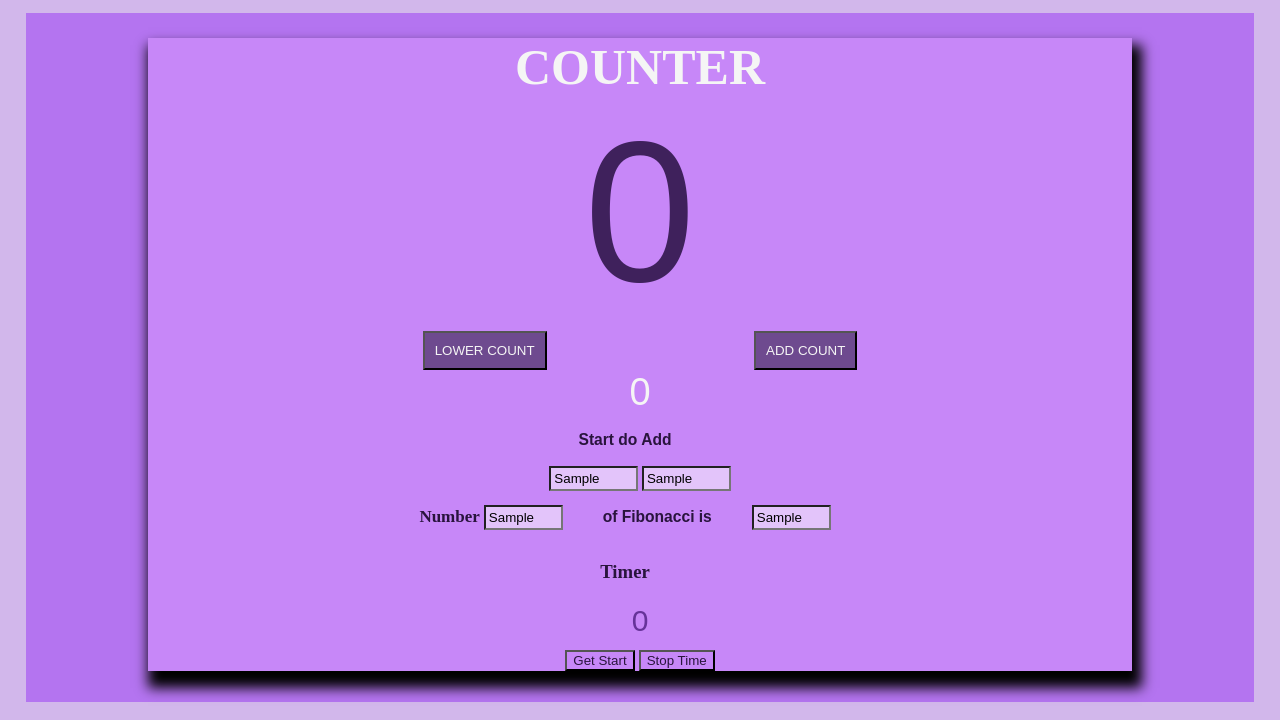
Repository: AnahitKhechumyan/Counter
Page: index.html
The author's editor kept a copy of each file at every save. The page is drawn from the files as they stood at one save, then again after the next save.
The browser window is 1280 px wide. The pictures show the whole page.
Empty fields were first filled with sample values (such as "Sample", 5 or name@example.com).
After loading, the first visible `button.increment` was clicked once.

Above is the page before, as saved 2022-02-19 02:47:24.
Console error: TypeError: this.increment is not a function

### index.html
<!DOCTYPE html>
<html lang="en">
<head>
    <meta charset="UTF-8">
    <meta http-equiv="X-UA-Compatible" content="IE=edge">
    <meta name="viewport" content="width=device-width, initial-scale=1.0">
    <link rel="stylesheet" href="style.css">
    <title>Counter</title>
</head>
<body>
    <div class="container">
       <div class="main">
            <div class="header">COUNTER</div>
            <button class= "counter">0</button>
            <div class = "change">
                 <button class ="decrement" type="button">LOWER COUNT</button>
                 <button class ="increment" type="button">ADD COUNT</button>
            </div>
            <button class= "sum">0</button> <br>
            <button class= "add" type="button"><h3>Start do Add</h3></button>
            <div >
                <input class ="firstInput" type="text" />
                <input class ="secondInput" type = "text"/>
           </div>
           <span>Number</span>
           <input class= "inputNumber" type="text" />
           <button class= "fibonacci" type="button"><h3>of Fibonacci is</h3></button>
           <input class= "inputFibonacci" type="text"/>

           <h3>Timer</h3>
           <button class= "timer">0</button>
            <div>
                <button class ="getTime">Get Start</button>
                <button class ="stopTime">Stop Time</button>
           </div>
        </div>
    </div>
    <script src= "script.js"></script>
</body>
</html>

### style.css
body{
    margin: 0;
    background-color: rgb(210, 183, 235);
}
.container{
    background-color: rgb(180, 116, 240);
    width: 96%;
    height: 94vh;
    margin-right:2%;
    margin-left:2%;
    margin-top:1%;
    padding-top: 1%;

}
.main{
    background-color: rgb(199, 135, 248);
    width: 80%;
    height: 88vh;
    margin: 1% 10%;
    box-shadow: 5px 12px 12px 5px;
    text-align: center;
}
.header{
    text-align: center;
    color:whitesmoke;
    font-size: 50px;
    font-weight: 700;
}

.counter{
    border:none;
    font-size:200px;
    color:rgb(63, 33, 92);
    background-color:rgb(199, 135, 248) ;

}
 .change{
     background-color:  rgb(199, 135, 248);
     font-size: 30px;
 }
.decrement{
    padding:10px;
    margin-right: 100px;
   background-color: rgb(110, 74, 143);
   color:whitesmoke;
}
.decrement:hover{
    background-color:whitesmoke;
    color:rgb(110, 74, 143);
    cursor:pointer;
}
.increment{
    padding:10px;
    margin-left: 100px;
    background-color: rgb(110, 74, 143);
    color:whitesmoke;
}
.increment:hover{
    background-color:whitesmoke;
    color:rgb(110, 74, 143);
    cursor:pointer;
}
.sum{
    border:none;
    background-color: rgb(199, 135, 248);
    color:whitesmoke;
    font-size: 38px;
}
.firstInput, .secondInput{
    width: 8%;
    padding:3px;
}
.fibonacci{
    background-color: rgb(199, 135, 248);
    border:none;
}
.inputNumber, .inputFibonacci{
    width: 7%;
    padding:3px;
    margin-right: 30px;
}
.inputNumber{
    margin-right: 30px;
}
input{
    background-color: rgb(227, 196, 250);
}

.main >span{
    font-size: 17px;
    font-weight: 700;
    color:rgb(41, 20, 61);
   }

.timer{
    padding:2px 3px;
    font-size: 30px;
   width: 5%;
   border:none;
   color:rebeccapurple;
   background-color:rgb(199, 135, 248);;
}

.getTime, .stopTime{
    margin-top:1%;
    background-color:rgb(199, 135, 248);
    color:rgb(41, 20, 61);
    cursor:pointer;
}
.getTime:hover, .stopTime:hover{
    background-color: whitesmoke;
    font-weight: 200;
}
h3{
    cursor:pointer;
    color:rgb(41, 20, 61);
    margin-right: 30px;
}
.add{
    border:none;
    background-color: rgb(199, 135, 248);
}

### script.js
let counterElem = document.querySelector(".counter");
let addCount = document.querySelector(".increment");
let lowerCount = document.querySelector(".decrement");
let getTimer = document.querySelector(".getTime");
let stopTimer = document.querySelector(".stopTime");
let goTimer = document.querySelector(".timer");
let startAdd = document.querySelector(".add");
let addSum = document.querySelector(".sum");
let firstNum = document.querySelector(".firstInput");
let secondNum = document.querySelector(".secondInput");
let getFibonacci = document.querySelector(".fibonacci");
let inputNum = document.querySelector(".inputNumber");
let  addFibonacci = document.querySelector(".inputFibonacci");



let count = 0;
//updateDisplay();
 let counter = function(){
   function changeBy(val){
     count += val;
   }
   return {
     increment: function(){
       changeBy(1);
     },
     decrement: function(){
      changeBy(-1);
    },
    value: function(){
      return count;
    }


   }
 };

 //let counter1 = counter();
 //let counter2 = counter();

 addCount.addEventListener("click", (counter) => {
   this.increment();
   counterElem.innerHTML = counterElem.value;
});

lowerCount.addEventListener("click", (counter) => {
  this.decrement();
  counterElem.innerHTML = counterElem.value;
});


/*let count = 0;
updateDisplay();

addCount.addEventListener("click", () => {
  count++;
  updateDisplay();
});
lowerCount.addEventListener("click", () => {
  count--;
  updateDisplay();
});*/

//function updateDisplay() {
 // counterElem.innerHTML = count;
//}

startAdd.addEventListener("click", () => {
  let x = firstNum.value;
  let y = secondNum.value;
  addSum.innerHTML = add(x)(y);
  firstNum.value = " ";
  secondNum.value = " ";
});

let sum = 0;
function add(x) {
  return function (y) {
    return Number(x) + Number(y);
  };
}

getFibonacci.addEventListener("click", () => {
    let f = inputNum.value;
    addFibonacci.value = findFibonacci(f);
    inputNum.value = " ";
  });

  let findFibonacci = function(f){
              if(f<=0){
                   return 0;
                 }
              if(f===1){
                   return 1;
                 }
              if(f===2){
                   return 2;
                }
    return findFibonacci(f-2) + findFibonacci(f-1);
};

countTime = 0;
function getTime() {
  countTime++;
  goTimer.innerHTML = countTime;
}
let timer = 0;
getTimer.addEventListener("click", () => {
  timer = setInterval(getTime, 1000);
});

stopTimer.addEventListener("click", () => {
  clearInterval(timer);
  countTime = 0;
  goTimer.innerHTML = 0;
});

After the next save:
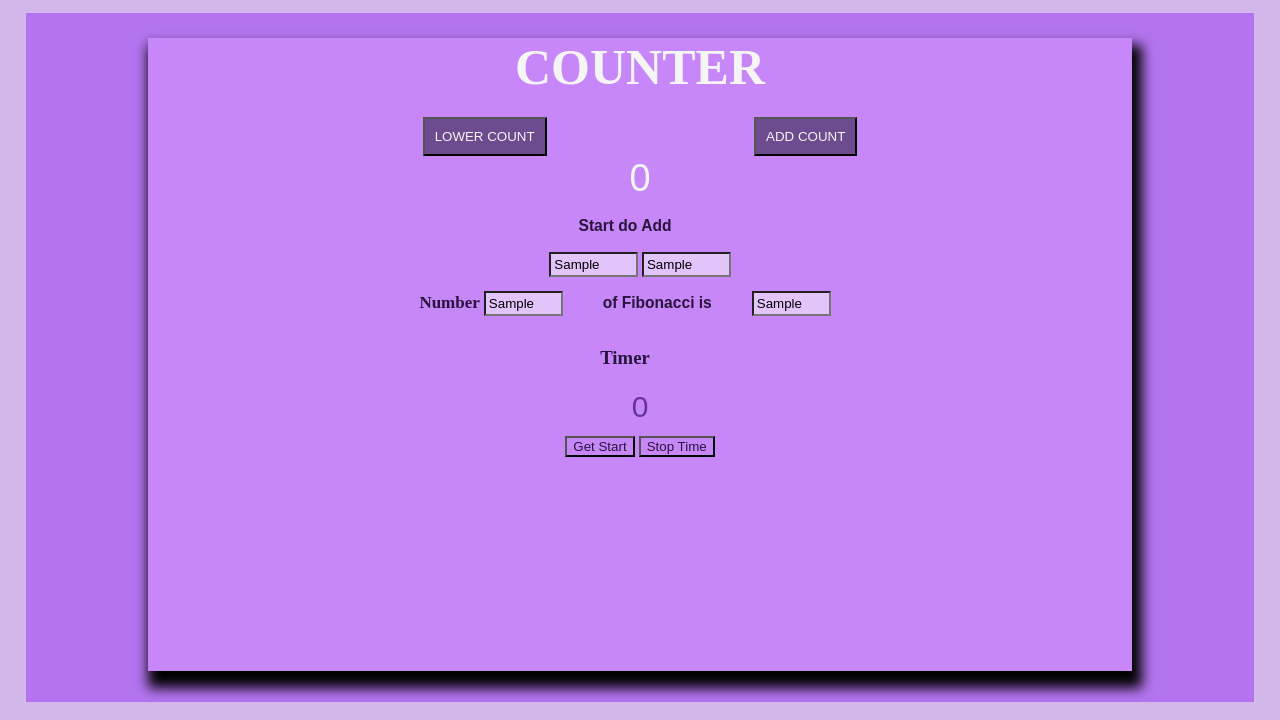
The error is gone.
Saved 94 s later.
--- a/script.js
+++ b/script.js
@@ -35,16 +35,16 @@ let count = 0;
    }
  };
 
- //let counter1 = counter();
+ let counter1 = counter();
  //let counter2 = counter();
 
  addCount.addEventListener("click", (counter) => {
-   this.increment();
+   counter1.increment();
    counterElem.innerHTML = counterElem.value;
 });
 
 lowerCount.addEventListener("click", (counter) => {
-  this.decrement();
+   counter1.decrement();
   counterElem.innerHTML = counterElem.value;
 });
 
